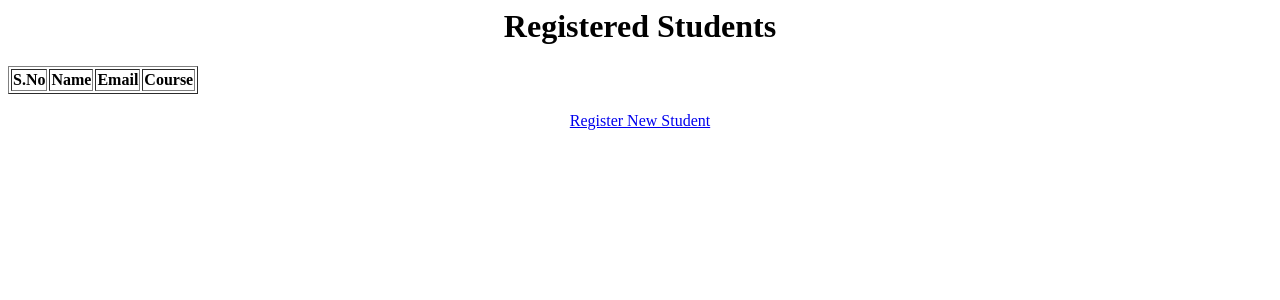
Repository: anik3395/JavaServletProjects
Page: http://localhost/StudentRegistrationSystem/view
The author's editor kept a copy of each file at every save. The page is drawn from the files as they stood at one save, then again after the next save.
The browser window is 1280 px wide. The pictures show the whole page.
The page is served by Tomcat 9.

Above is the page before, as saved 2024-10-22 18:01:24.

After the next save:
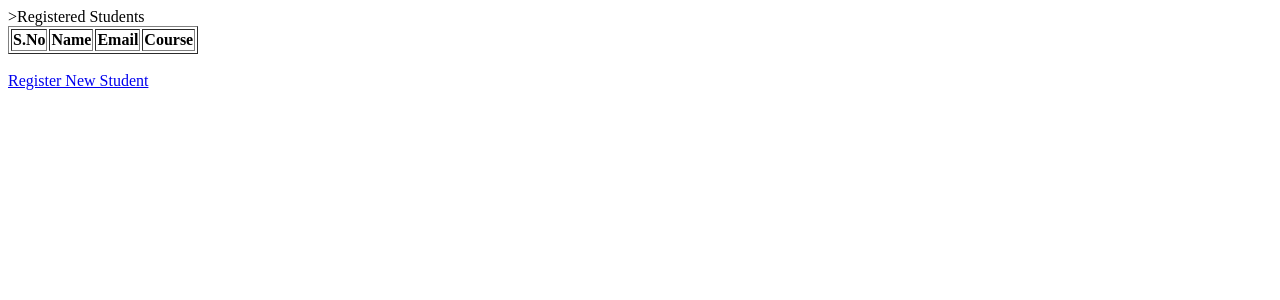
Saved 75 s later.
--- a/eclipse-workspace/StudentRegistrationSystem/src/main/java/com/anik/ViewStudentServlet.java
+++ b/eclipse-workspace/StudentRegistrationSystem/src/main/java/com/anik/ViewStudentServlet.java
@@ -23,11 +23,11 @@ public class ViewStudentServlet extends HttpServlet {
         PrintWriter out = response.getWriter();
 
         // Start HTML document
-        out.println("<html><body style=\"text-align:center;\">");
+        out.println("<html style=\\\"text-align:center;\\\">><body ");
         out.println("<h1>Registered Students</h1>");
 
         // Table headers for displaying students
-        out.println("<table border='1' style=\"text-align:center;\">");
+        out.println("<table border='1'>");
         out.println("<tr ><th>S.No</th><th>Name</th><th>Email</th><th>Course</th></tr>");
 
         // Retrieve the list of students stored in the StudentServlet
